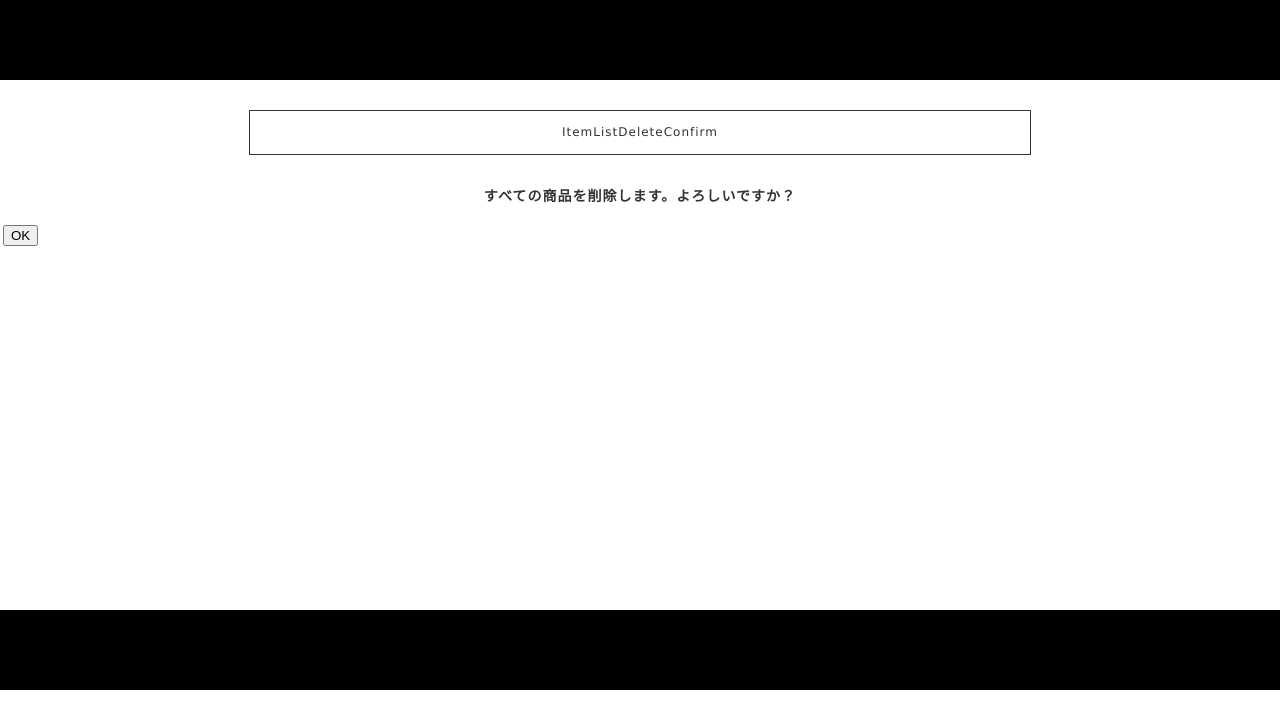
Repository: xiezom/test
Page: http://localhost/ecsite/itemListDeleteConfirm.jsp
These files come from the project's save history. The page is drawn as it stood at one moment and after the next save; the edit follows.
The browser window is 1280 px wide. The pictures show the whole page.
Some web libraries are served in a nearby version. The page is served by Tomcat 9. Other server files are loaded and not shown.

Above is the page before, as saved 2019-03-18 02:22:58.

### ecsite/WebContent/itemListDeleteConfirm.jsp
<%@ page language="java" contentType="text/html; charset=UTF-8"
	pageEncoding="UTF-8"%>
<%@ taglib prefix="s" uri="/struts-tags"%>
<!DOCTYPE html>
<html>
<head>
	<meta http-equiv="Content-Type" content="text/html; charset=utf-8" />
	<meta http-equiv="Content-Style-Type" content="text/css" />
	<meta http-equiv="Content-Script-Type" content="text/javascript" />
	<meta http-equiv="imagetoolbar" content="no" />
	<meta name="description" content="" />
	<meta name="keywords" content="" />
	<script src="http://ajax.googleapis.com/ajax/libs/jquery/1.9.1/jquery.min.js"></script>
	<title>ItemListDeleteConfirm画面</title>

	<style type="text/css">

		body {
			margin: 0;
			padding: 0;
			line-height: 1.6;
			letter-spacing: 1px;
			font-family: Verdana,Helvetica,sans-serif;
			font-size: 12px;
			color: #333;
			background: #fff;
		}

		.top {
			width: 780px;
			margin: 30px auto;
			border: 1px solid #333;
		}

		.header {
			width: 100%;
			height: 80px;
			background-color: black;
		}

		.main {
			width: 100%;
			height: 500px;
			text-align: center;
		}

		.footer {
			width:100%;
			height: 80px;
			background-color: black;
			clear: both;
		}

	</style>

	<script type="text/javascript">
		function submitAction(url) {
			$('form').attr('action', url);
			$('form').submit();
		}
	</script>
</head>

<body>
	<div class="header">
		<div class="pr"></div>
	</div>
	<div class="main">

		<div class="top">
			<p>ItemListDeleteConfirm</p>
		</div>

		<div>
			<s:form>
				<h3>すべての商品を削除します。よろしいですか？</h3>
				<s:form action="ItemListDeleteConfirmAction">
					<input type="hidden"name="deleteFlg" value="1"/>
				<s:submit value="OK" method="delete"/>
			</s:form>
			</s:form>
		</div>

	</div>

	<div class="footer">
		<div class="pr"></div>
	</div>

</body>
</html>

After the next save:
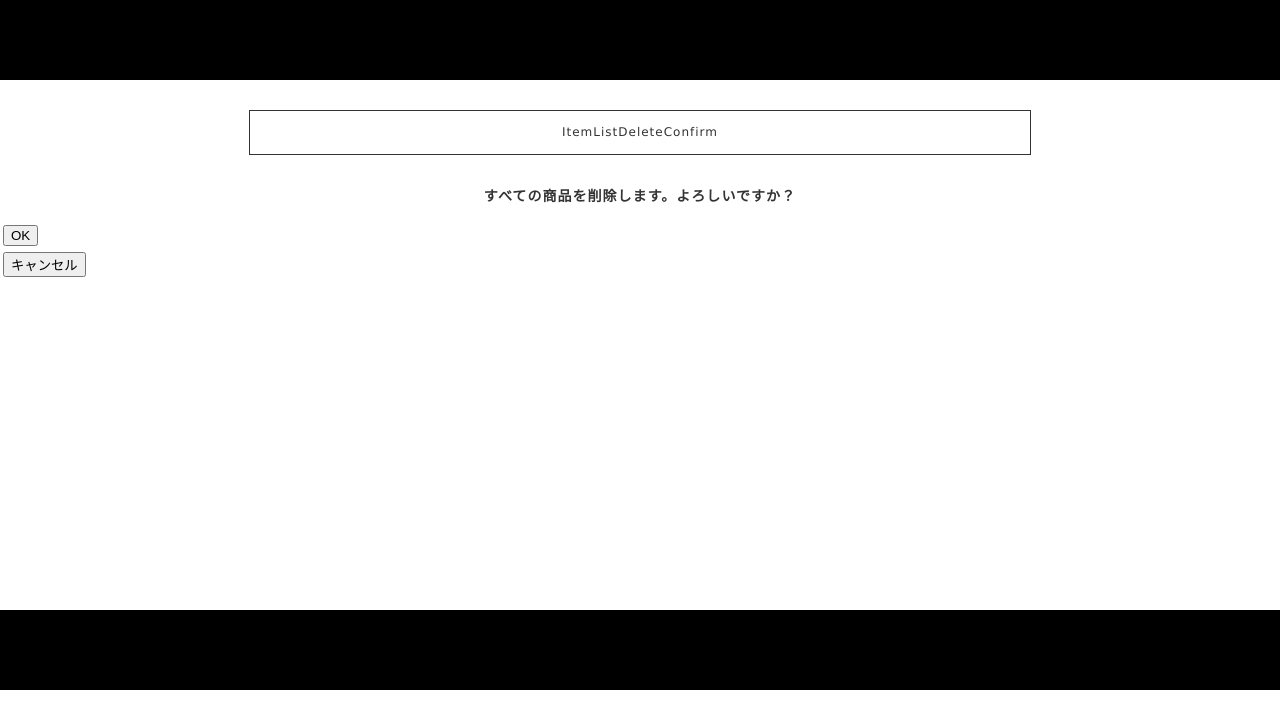
Saved 2 min 35 s later.
--- a/ecsite/WebContent/itemListDeleteConfirm.jsp
+++ b/ecsite/WebContent/itemListDeleteConfirm.jsp
@@ -72,12 +72,13 @@
 		</div>
 
 		<div>
-			<s:form>
-				<h3>すべての商品を削除します。よろしいですか？</h3>
-				<s:form action="ItemListDeleteConfirmAction">
-					<input type="hidden"name="deleteFlg" value="1"/>
+			<h3>すべての商品を削除します。よろしいですか？</h3>
+			<s:form action="ItemListDeleteConfirmAction">
+				<input type="hidden"name="deleteFlg" value="1"/>
 				<s:submit value="OK" method="delete"/>
 			</s:form>
+			<s:form action="ItemListAction">
+				<s:submit value="キャンセル"/>
 			</s:form>
 		</div>
 
